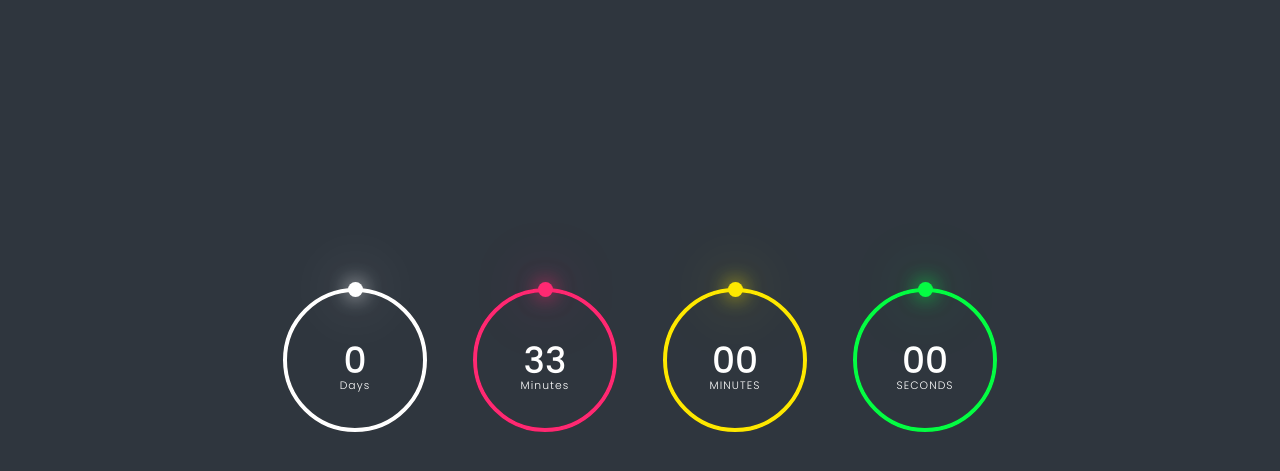
Repository: northpx/happyNY
Page: index.html
An editor plug-in stored every save of this project. The page is shown before and after the next save, followed by the edit.
The browser window is 1280 px wide. The pictures show the whole page.

Above is the page before, as saved 2022-12-31 11:34:25.

After the next save:
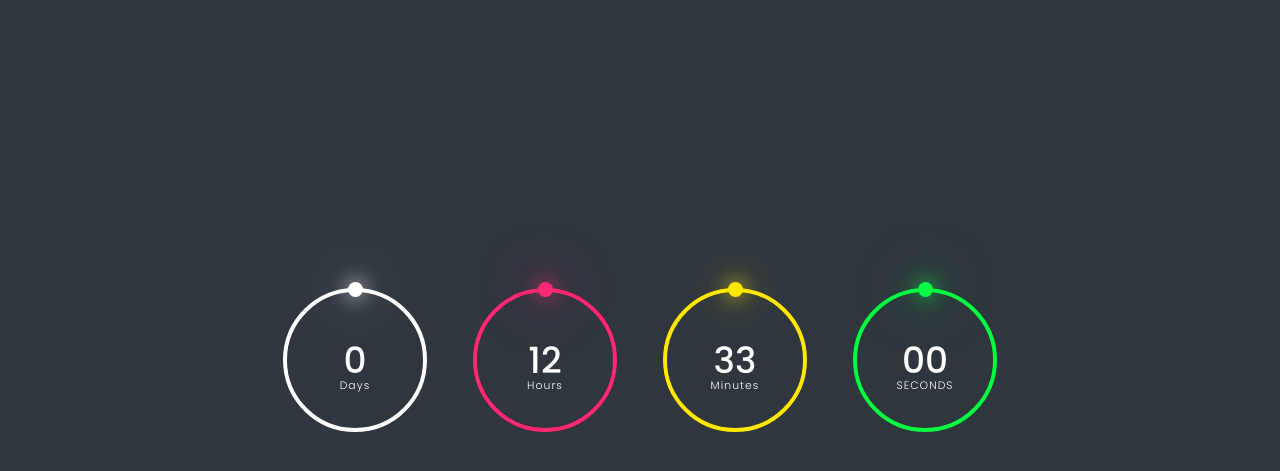
Saved 5 s later.
--- a/index.html
+++ b/index.html
@@ -74,7 +74,7 @@
 
             days.innerHTML = d + "<br><span>Days</span>"
             hours.innerHTML = h + "<br><span>Hours</span>"
-            hours.innerHTML = m + "<br><span>Minutes</span>"
+            minutes.innerHTML = m + "<br><span>Minutes</span>"
         })
     </script>
 </body>
